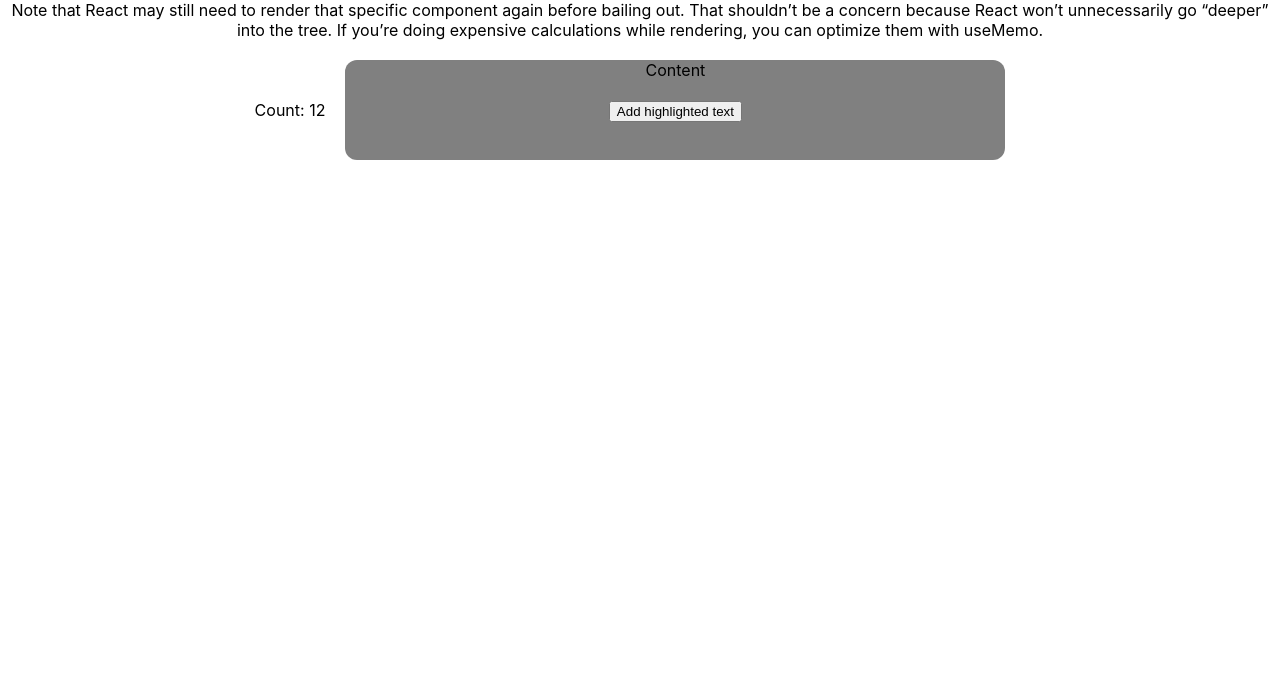
Repository: Farbod29/React-text-highlighter-with-hook-
Page: /
An editor plug-in stored every save of this project. The page is shown before and after the next save, followed by the edit.
The browser window is 1280 px wide. The pictures show the whole page.
The project was rebuilt for these pictures with package versions that can differ from the ones it lists, and the page was loaded fresh each time.

Above is the page before, as saved 2022-02-18 21:26:55.

After the next save:
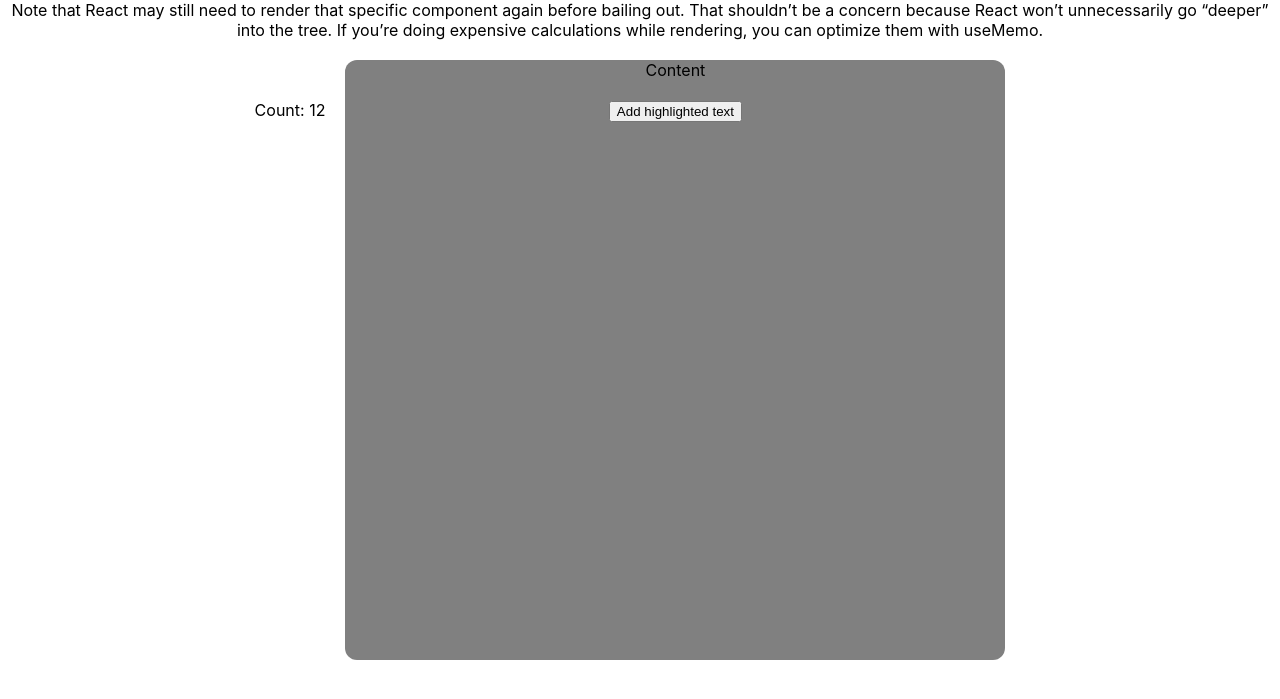
Saved 4 s later.
--- a/src/highlighter.js
+++ b/src/highlighter.js
@@ -21,7 +21,7 @@ export default function Highlighter() {
       <div
         style={{
           padding: '0px 10px',
-          height: '100px',
+          height: '600px',
           width: '50vw',
           margin: '20px',
           borderRadius: '12px',
